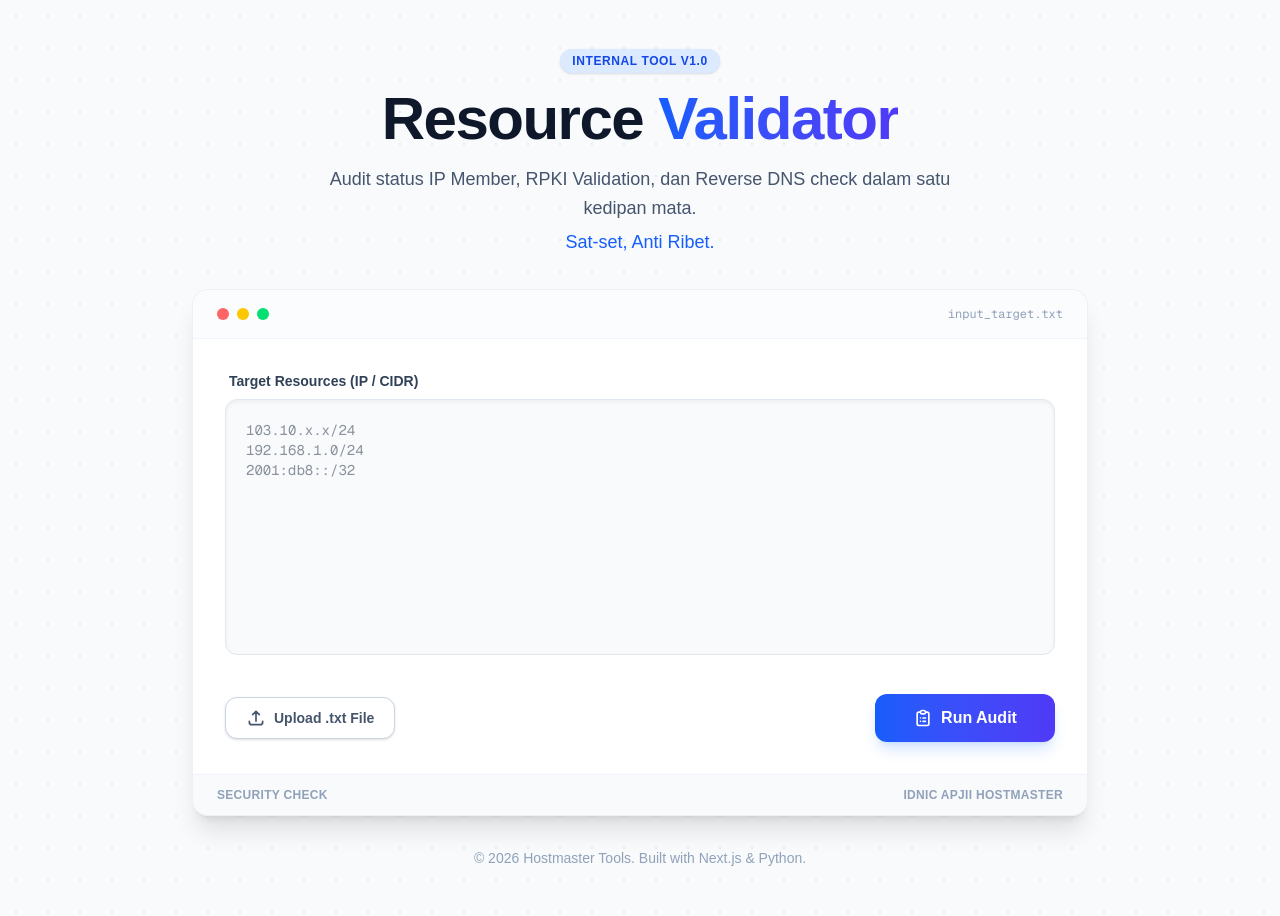
Repository: KilluaProject/resource_validator
Page: /
The author's editor kept a copy of each file at every save. The page is drawn from the files as they stood at one save, then again after the next save.
The browser window is 1280 px wide. The pictures show the whole page.
The project was rebuilt for these pictures with package versions that can differ from the ones it lists, and the page was loaded fresh each time. The framework's server and built-in components were replaced by stand-ins that run in the browser. Also part of the build but not shown: next.config.ts, components/ResultModal.tsx.

Above is the page before, as saved 2026-01-08 00:05:13.

### app/layout.tsx
import type { Metadata } from "next";
import { Geist, Geist_Mono } from "next/font/google";
import "./globals.css";

const geistSans = Geist({
  variable: "--font-geist-sans",
  subsets: ["latin"],
});

const geistMono = Geist_Mono({
  variable: "--font-geist-mono",
  subsets: ["latin"],
});

export const metadata: Metadata = {
  title: "Resource Validator",
  description: "Whois, RPKI, & Reverse DNS dalam satu klik",
};

export default function RootLayout({
  children,
}: Readonly<{
  children: React.ReactNode;
}>) {
  return (
    <html lang="en">
      <body
        className={`${geistSans.variable} ${geistMono.variable} antialiased`}
      >
        {children}
      </body>
    </html>
  );
}

### app/page.tsx
"use client";

import { useState } from "react";
import { ScanResult } from "@/types";
import { downloadCSV } from "@/libs/csvHelper";
import ResultModal from "@/components/ResultModal";

export default function Home() {
  // === STATE MANAGEMENT (SAMA KEK KEMAREN) ===
  const [inputText, setInputText] = useState("");
  const [loading, setLoading] = useState(false);
  const [modalData, setModalData] = useState<ScanResult[] | null>(null);

  const handleFileUpload = (e: React.ChangeEvent<HTMLInputElement>) => {
    const file = e.target.files?.[0];
    if (!file) return;
    const reader = new FileReader();
    reader.onload = (event) => {
      if (event.target?.result) setInputText(event.target.result as string);
    };
    reader.readAsText(file);
  };

  const handleScan = async () => {
    if (!inputText.trim()) {
      alert("⚠️ IP-nya mana bro? Kosong nih!");
      return;
    }
    setLoading(true);
    setModalData(null);

    try {
      const response = await fetch('/api/scan', {
        method: "POST",
        headers: { "Content-Type": "application/json" },
        body: JSON.stringify({ raw_text: inputText }),
      });

      if (!response.ok) throw new Error("Gagal konek ke backend");
      const data: ScanResult[] = await response.json();

      if (data.length > 10) {
        downloadCSV(data);
        alert(`🚀 Berhasil scan ${data.length} IP! Laporan otomatis di-download.`);
      } else {
        setModalData(data);
      }
    } catch (error) {
      console.error(error);
      alert("❌ Error: Backend Python belum nyala atau timeout.");
    } finally {
      setLoading(false);
    }
  };

  return (
    // === BACKGROUND DENGAN GRID PATTERN HALUS ===
    <main className="min-h-screen bg-slate-50 relative overflow-hidden flex flex-col items-center py-12 px-4 sm:px-6">

      {/* Background Decoration (Grid) */}
      <div className="absolute inset-0 z-0 opacity-[0.4]"
           style={{ backgroundImage: 'radial-gradient(#cbd5e1 1px, transparent 1px)', backgroundSize: '32px 32px' }}>
      </div>

      {/* Gradient Blob (Pemanis) */}
      <div className="absolute top-0 left-1/2 -translate-x-1/2 w-[800px] h-[400px] bg-blue-200/40 blur-[100px] rounded-full -z-10 pointer-events-none"></div>

      <div className="w-full max-w-4xl z-10 flex flex-col gap-8">

        {/* === HEADER SECTION === */}
        <div className="text-center space-y-4">
          <span className="inline-block py-1 px-3 rounded-full bg-blue-100 text-blue-700 text-xs font-bold tracking-wider uppercase shadow-sm">
            Internal Tool v1.0
          </span>
          <h1 className="text-5xl md:text-6xl font-extrabold tracking-tight text-slate-900">
            Resource <span className="text-transparent bg-clip-text bg-gradient-to-r from-blue-600 to-indigo-600">Validator</span>
          </h1>
          <p className="text-lg text-slate-600 max-w-2xl mx-auto leading-relaxed">
            Audit status IP Member, RPKI Validation, dan Reverse DNS check dalam satu kedipan mata.
            <span className="block mt-1 font-medium text-blue-600">Sat-set, Anti Ribet.</span>
          </p>
        </div>

        {/* === CARD UTAMA === */}
        <div className="bg-white rounded-2xl shadow-xl border border-slate-200/60 overflow-hidden backdrop-blur-sm">

          {/* Card Header */}
          <div className="bg-slate-50/50 px-6 py-4 border-b border-slate-100 flex justify-between items-center">
            <div className="flex gap-2">
              <div className="w-3 h-3 rounded-full bg-red-400"></div>
              <div className="w-3 h-3 rounded-full bg-yellow-400"></div>
              <div className="w-3 h-3 rounded-full bg-green-400"></div>
            </div>
            <span className="text-xs font-mono text-slate-400">input_target.txt</span>
          </div>

          <div className="p-6 md:p-8 space-y-6">

            {/* INPUT AREA */}
            <div className="relative group">
              <label className="block text-sm font-bold text-slate-700 mb-2 ml-1">
                Target Resources (IP / CIDR)
              </label>
              <textarea
                value={inputText}
                onChange={(e) => setInputText(e.target.value)}
                placeholder={"103.10.x.x/24\n192.168.1.0/24\n2001:db8::/32"}
                className="w-full h-64 p-5 bg-slate-50 border border-slate-200 rounded-xl focus:ring-2 focus:ring-blue-500 focus:border-blue-500 transition-all resize-none font-mono text-sm text-slate-800 shadow-inner group-hover:bg-white"
                spellCheck={false}
              />
              {/* Tombol Clear (Floating) */}
              {inputText && (
                <button
                  onClick={() => setInputText("")}
                  className="absolute top-10 right-4 text-xs bg-slate-200 hover:bg-red-100 hover:text-red-600 text-slate-500 px-3 py-1 rounded-md transition-colors font-medium z-20"
                >
                  Clear All
                </button>
              )}
            </div>

            {/* ACTION BAR */}
            <div className="flex flex-col md:flex-row gap-4 items-center justify-between pt-2">

              {/* File Upload (Custom Design) */}
              <div className="w-full md:w-auto">
                <label className="flex items-center justify-center gap-2 cursor-pointer bg-white border border-slate-300 hover:border-blue-400 hover:text-blue-600 text-slate-600 py-2.5 px-5 rounded-xl transition-all shadow-sm group">
                  <svg className="w-5 h-5 group-hover:scale-110 transition-transform" fill="none" stroke="currentColor" viewBox="0 0 24 24"><path strokeLinecap="round" strokeLinejoin="round" strokeWidth={2} d="M4 16v1a3 3 0 003 3h10a3 3 0 003-3v-1m-4-8l-4-4m0 0L8 8m4-4v12" /></svg>
                  <span className="text-sm font-semibold">Upload .txt File</span>
                  <input type="file" accept=".txt" onChange={handleFileUpload} className="hidden" />
                </label>
              </div>

              {/* Submit Button */}
              <button
                onClick={handleScan}
                disabled={loading}
                className={`w-full md:w-auto py-3 px-8 rounded-xl font-bold text-white transition-all shadow-lg shadow-blue-500/20 flex items-center justify-center gap-2 min-w-[180px]
                  ${loading
                    ? "bg-slate-400 cursor-not-allowed opacity-80"
                    : "bg-gradient-to-r from-blue-600 to-indigo-600 hover:to-indigo-700 hover:scale-[1.02]"
                  }`}
              >
                {loading ? (
                  <>
                    <svg className="animate-spin h-5 w-5 text-white" xmlns="http://www.w3.org/2000/svg" fill="none" viewBox="0 0 24 24">
                      <circle className="opacity-25" cx="12" cy="12" r="10" stroke="currentColor" strokeWidth="4"></circle>
                      <path className="opacity-75" fill="currentColor" d="M4 12a8 8 0 018-8V0C5.373 0 0 5.373 0 12h4zm2 5.291A7.962 7.962 0 014 12H0c0 3.042 1.135 5.824 3 7.938l3-2.647z"></path>
                    </svg>
                    <span className="animate-pulse">Analyzing...</span>
                  </>
                ) : (
                  <>
                    <svg className="w-5 h-5" fill="none" stroke="currentColor" viewBox="0 0 24 24"><path strokeLinecap="round" strokeLinejoin="round" strokeWidth={2} d="M9 5H7a2 2 0 00-2 2v12a2 2 0 002 2h10a2 2 0 002-2V7a2 2 0 00-2-2h-2M9 5a2 2 0 002 2h2a2 2 0 002-2M9 5a2 2 0 012-2h2a2 2 0 012 2m-3 7h3m-3 4h3m-6-4h.01M9 16h.01" /></svg>
                    <span>Run Audit</span>
                  </>
                )}
              </button>
            </div>

          </div>

          {/* Card Footer (Info) */}
          <div className="bg-slate-50 px-6 py-3 border-t border-slate-100 flex justify-between items-center text-[10px] md:text-xs text-slate-400 uppercase tracking-wide font-semibold">
            <span>Security Check</span>
            <span>IDNIC APJII Hostmaster</span>
          </div>

        </div>

        {/* Footer Text */}
        <p className="text-center text-slate-400 text-sm">
          &copy; {new Date().getFullYear()} Hostmaster Tools. Built with Next.js & Python.
        </p>

      </div>

      {/* Modal Result */}
      {modalData && (
        <ResultModal
          data={modalData}
          onClose={() => {
            setModalData(null);
            setInputText("");
          }}
        />
      )}
    </main>
  );
}

### libs/csvHelper.ts
import { ScanResult } from "../types";

export const downloadCSV = (data: ScanResult[]) => {
  // HEADER LENGKAP
  const headers = [
    "Target CIDR",
    "Parent Netname",
    "Parent Inetnum",
    "Parent Description",
    "Sub-Allocations (Children)",
    "RPKI Status",
    "RPKI Detail",
    "IRR Objects",
    "Global Visibility",
    "Reverse DNS (PTR)"
  ];

  // DATA MAPPING
  const rows = data.map((item) => [
    item.cidr,
    item.parent_name,
    item.parent_net,
    item.parent_desc,
    item.children,
    item.rpki_status,
    item.rpki_detail,
    item.irr_objects,
    item.visibility,
    item.ptr_record,
  ]);

  const csvContent =
    "data:text/csv;charset=utf-8," +
    headers.join(",") + "\n" +
    rows.map((e) =>
      // Kita bungkus pake tanda kutip biar kalau ada koma di dalem teks gak hancur kolomnya
      e.map(cell => `"${String(cell).replace(/"/g, '""')}"`).join(",")
    ).join("\n");

  const encodedUri = encodeURI(csvContent);
  const link = document.createElement("a");
  link.setAttribute("href", encodedUri);
  link.setAttribute("download", `Full_Audit_Report_${new Date().toISOString().slice(0,10)}.csv`);
  document.body.appendChild(link);
  link.click();
  document.body.removeChild(link);
};

Loaded but not shown: app/globals.css (common file)

After the next save:
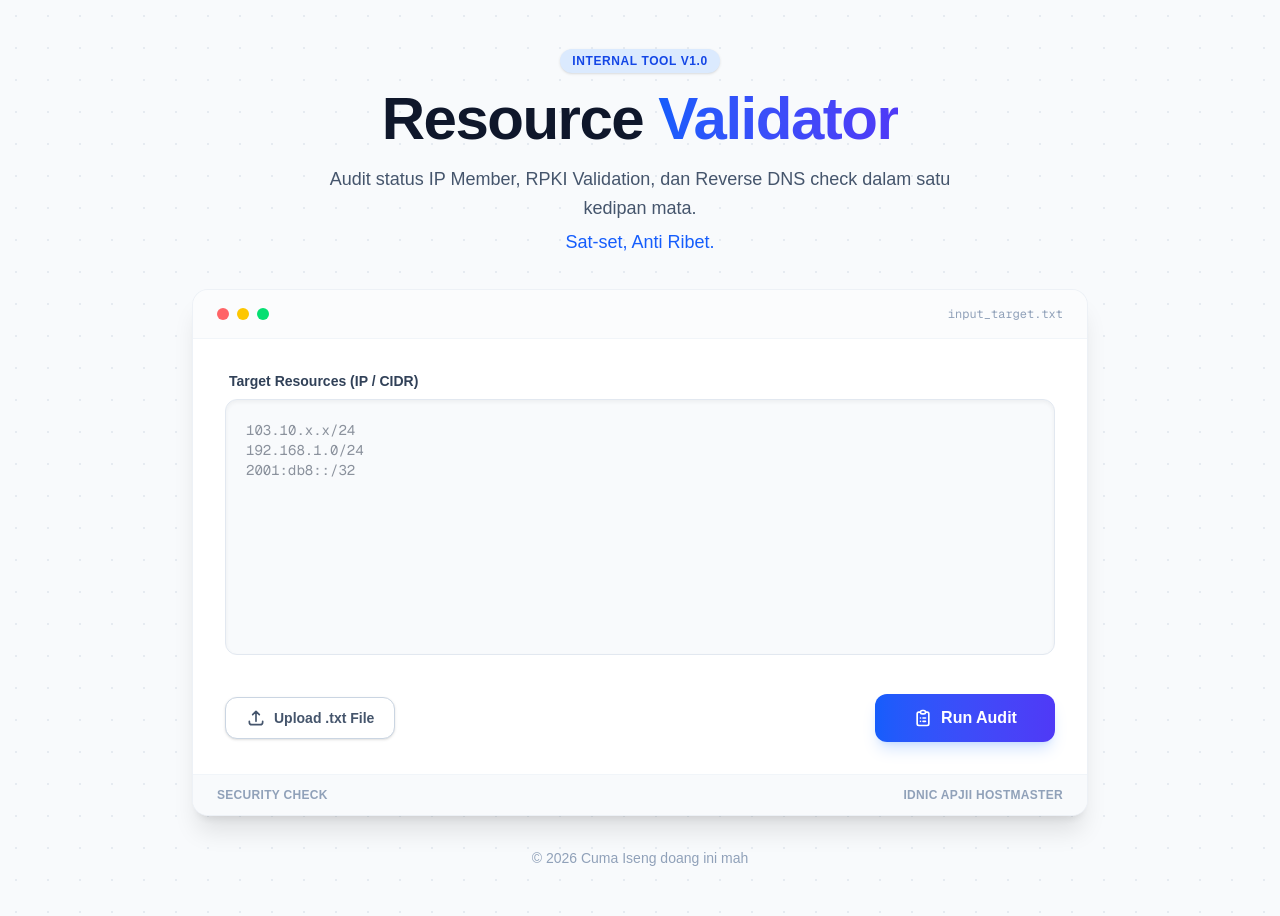
Saved 28 s later.
--- a/app/page.tsx
+++ b/app/page.tsx
@@ -170,7 +170,7 @@ export default function Home() {
 
         {/* Footer Text */}
         <p className="text-center text-slate-400 text-sm">
-          &copy; {new Date().getFullYear()} Hostmaster Tools. Built with Next.js & Python.
+          &copy; {new Date().getFullYear()} Cuma Iseng doang ini mah
         </p>
 
       </div>
